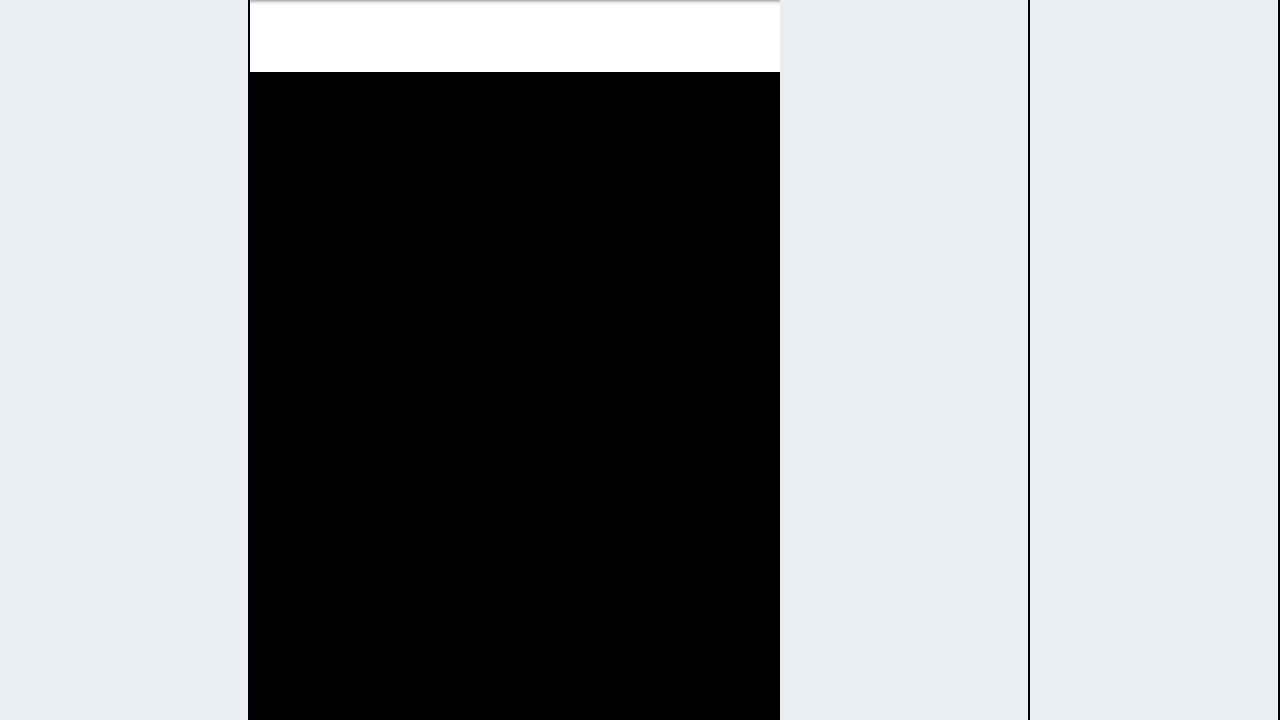
Repository: JJianZ/miao
Page: a.html
The author's editor kept a copy of each file at every save. The page is drawn from the files as they stood at one save, then again after the next save.
The browser window is 1280 px wide. The pictures show the whole page.

Above is the page before, as saved 2021-11-23 10:37:05.

### a.html
<!DOCTYPE html>
<html lang="en">
<head>
  <meta charset="UTF-8">
  <meta http-equiv="X-UA-Compatible" content="IE=edge">
  <meta name="viewport" content="width=device-width, initial-scale=1.0">
  <title>Document</title>
  <style>
    html,body {
      margin: 0;
      padding: 0;
      height: 100%;
    }

    div {
      /* width: 100%; */
      height: 100%;
      position: relative;
      min-width: 300px;
      box-shadow:0px 0px 5px rgba(0,0,0,0.7) inset;

    }
    aside {
      position: absolute;
      width: 250px;
      height: 100%;
      background-color: #eaeef3;
      border-right: black 2px solid;
      box-sizing: border-box;


    }
    header {
      position: absolute;
      left: 250px;
      height: 72px;
      right: 500px;
      line-height: 720px;
    }
    main {
      position: absolute;
      top: 72px;
      left: 250px;
      right: 500px;
      bottom: 0;
      background-color: black;
    }
    .second {
      right: 250px;
    }
    .third {
      right: 0px;
    }
  </style>
</head>
<body>
  <div>
    <aside class="first"></aside>
    <header></header>
    <main></main>
    <aside class="second"></aside>
    <aside class="third"></aside>
  </div>
</body>
</html>

After the next save:
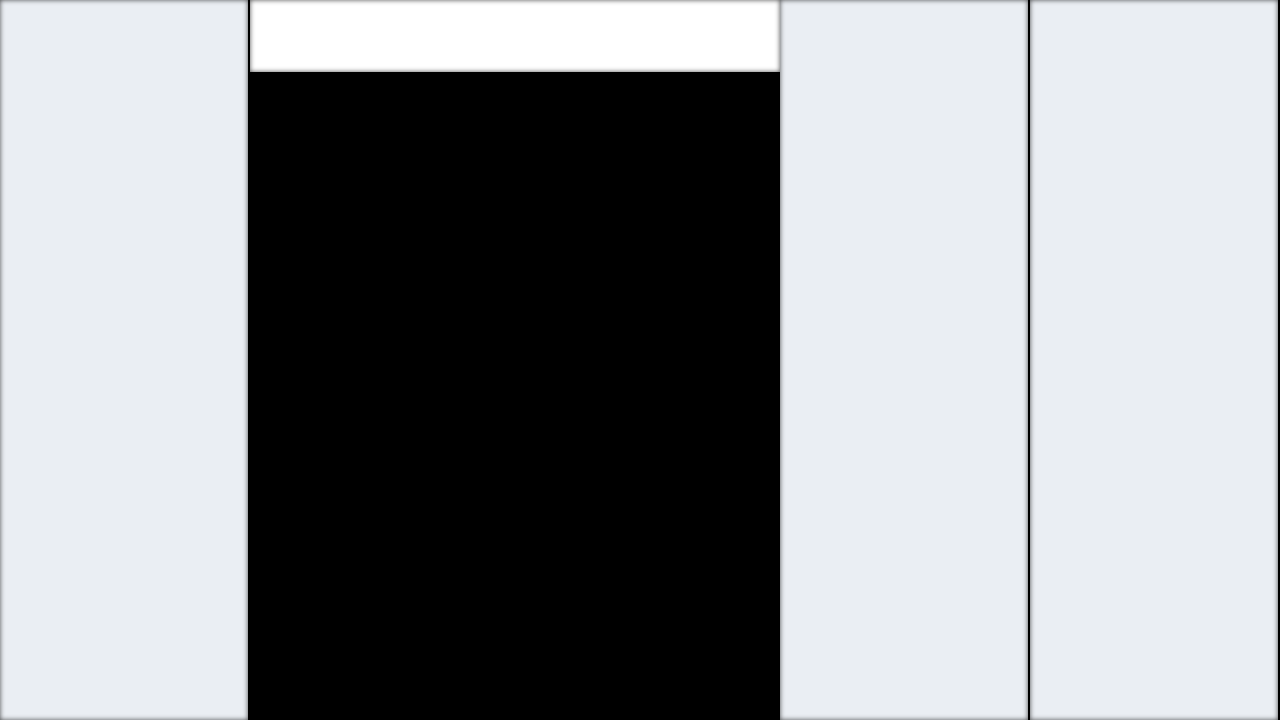
Saved 16 s later.
--- a/a.html
+++ b/a.html
@@ -17,8 +17,9 @@
       height: 100%;
       position: relative;
       min-width: 300px;
+    }
+    div > * {
       box-shadow:0px 0px 5px rgba(0,0,0,0.7) inset;
-
     }
     aside {
       position: absolute;
